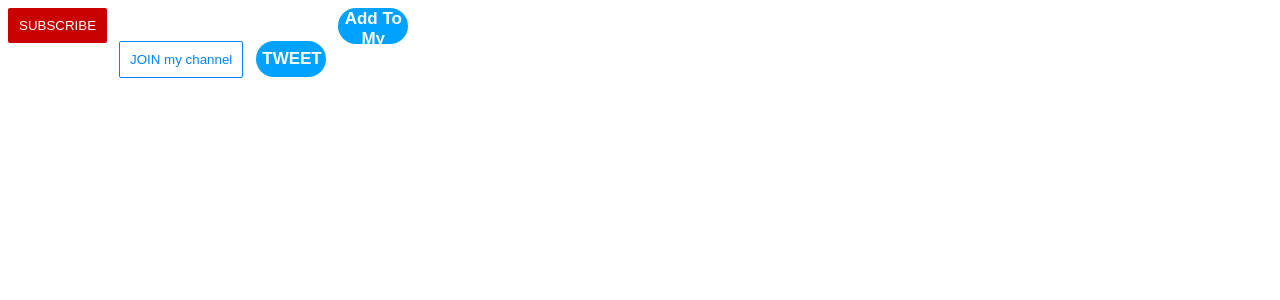
Repository: RagulRanjeeth/Frontend
Page: buttons.html
These files come from the project's save history. The page is drawn as it stood at one moment and after the next save; the edit follows.
The browser window is 1280 px wide. The pictures show the whole page.

Above is the page before, as saved 2026-01-19 18:15:54.

### buttons.html
<style>
    .subscrbeButton
    {
        background-color: rgb(201, 1, 1);
        color:white;
        border:none;
        border-radius: 2px;
        cursor: pointer;
        margin-right: 8px;
        padding-top: 10px;
        padding-bottom: 10px;
        padding-left: 11px;
        padding-right: 11px;
        transition: opacity 0.1s;
        vertical-align: top;
    }

    .subscrbeButton:hover{
        opacity: 0.6;

    }

    .subscrbeButton:active{
        background-color:blue;
    }



    .join{
        background-color: white;
        color:rgb(0, 132, 255);
        border-color:rgb(0, 132, 255);
        border-style:solid;
        border-width: 1px;
        padding-top: 10px;
        padding-bottom: 10px;
        padding-right: 10px;
        padding-left: 10px;
        border-radius: 2px;
        cursor: pointer;
        margin-right: 1px;
        transition: background-color 1s,
        color 1s;
    }

    .join:hover{
        background-color:rgb(1, 116, 223);
        color: white;

    }


    .join:active{
        opacity: 0.5;
    }


    .tweet{
        background-color: rgb(0, 162, 255);
        color: white;
        border:none;
        height: 36px;
        width: 70px;
        border-radius: 19px;
        font-weight: bold;
        font-size: 17px;
        margin-left: 8px;
        cursor: pointer;
        transition: background-color 1s,
        color 1s;
    }

    .tweet:hover{

          box-shadow: 1px 4px 5px rgba(0,0,0, 0.6);
    }

    .tweet:active{
       opacity: 0.5;
    }

    .amazon{
        background-color: rgba(255, 216, 20);
        color: black;
        height: 36px;
        width: 170px;
        font-size: 15px;
        border: none;
        border-radius: 18px;
        margin-left: 4px;
        cursor:pointer;
    }

    .amazon:hover{
        opacity: 0.6;
        background-color: rgb(157, 255, 0);
        color:rgba(0, 0, 0, 0.678);
        font-weight: bold;
        box-shadow: 4px 4px 2px rgba(0, 0, 0, 0.5);
        transition: background-color 1s, color 1s;
        vertical-align: top;
    }

    .amazon:active{
        opacity: 0.1;
    }
</style>

<button class="subscrbeButton">SUBSCRIBE</button>

<button class="join">JOIN my channel</button>

<button class="tweet">TWEET</button>

<button class="tweet">Add To My Cart</button>

After the next save:
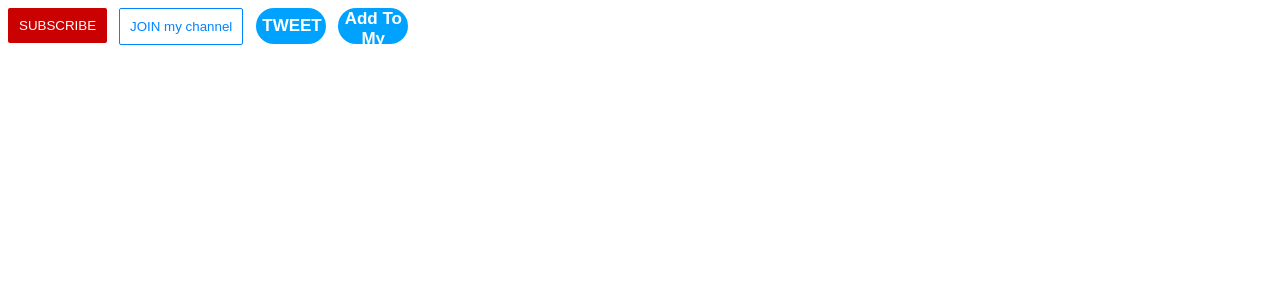
Saved 61 s later.
--- a/buttons.html
+++ b/buttons.html
@@ -41,6 +41,7 @@
         margin-right: 1px;
         transition: background-color 1s,
         color 1s;
+          vertical-align: top;
     }
 
     .join:hover{
@@ -68,6 +69,7 @@
         cursor: pointer;
         transition: background-color 1s,
         color 1s;
+          vertical-align: top;
     }
 
     .tweet:hover{
@@ -89,6 +91,7 @@
         border-radius: 18px;
         margin-left: 4px;
         cursor:pointer;
+          vertical-align: top;
     }
 
     .amazon:hover{
@@ -98,7 +101,7 @@
         font-weight: bold;
         box-shadow: 4px 4px 2px rgba(0, 0, 0, 0.5);
         transition: background-color 1s, color 1s;
-        vertical-align: top;
+
     }
 
     .amazon:active{
